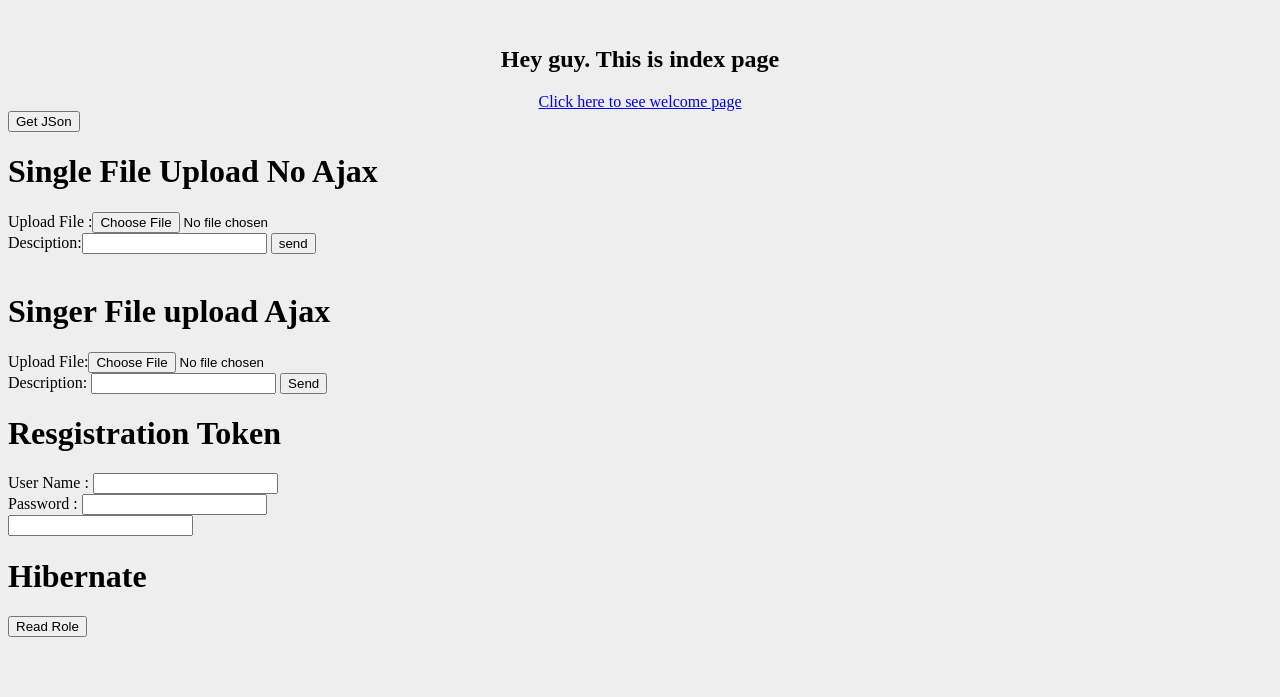
Repository: LeHaTrang1610/Hoc2017
Page: http://localhost/springmvctutorial/
These files come from the project's save history. The page is drawn as it stood at one moment and after the next save; the edit follows.
The browser window is 1280 px wide. The pictures show the whole page.
Some web libraries are served in a nearby version. The page is served by Tomcat 9. Other server files are loaded and not shown.

Above is the page before, as saved 2017-01-02 03:15:10.

### javaWeb/springmvctutorial/WebContent/index.jsp
<%@ page language="java" contentType="text/html; charset=UTF-8"
	pageEncoding="UTF-8"%>
<!DOCTYPE html PUBLIC "-//W3C//DTD HTML 4.01 Transitional//EN" "http://www.w3.org/TR/html4/loose.dtd">
<html>
<head>
<title>Spring MVC Tutorial</title>
<script src="https://code.jquery.com/jquery-1.9.1.min.js"></script>
<style type="text/css">
	body {
		background-color: #EEEEEE;
	}
</style>
<script type="text/javascript">
$(document).ready(function(){


	/* ajax for get json */
	$('#btnGetJson').click(function() {
		$.ajax({
			type : "GET",
			url : "getJson",
			success : function(rs){
				console.log(rs);
			}
		});
	});

	$('#btnRole').click(function() {
		$.ajax({
			type: "GET",
			url : "getjson",
			success :function(rs){
				console.log(rs);
			}
		});
	});

	/* ajax for post json */
	$('btnPostJson').click(function(){
		var json ={
				"name" : 'NhutNguyen',
				"age"  :'27',
				"city" :"HCM"
		};
		$.ajax({
			url:"postjson",
			type: "POST",
			data :JSON.stringify(json),
			beforeSend :function(xhr){
				xhr.setRequestHeader("Accept","application/json");
				xhr.setRequestHeader("Content-Type", "application/json");

			},
			success :function(rs){
				console.log(rs);
			}
		});
	});
	/* ajax for post file with formData */
	var files;
	$("#myFile").on('change',prepareLoad);
	function prepareLoad(event) {
		files=event.target.files;
	}

	$('#subbutton').click(function(){
		processFileUpLoad();
	});

	function processFileUpLoad() {
		var strName = $('#txtFileName').val();
		var myForm = new FormData();
		myForm.append("file",file[0]);
		myForm.append("fileName",strName);
		$.ajax({
			url: "upload-file-with-ajax",
			type: "POST",
			data:myForm,
			enctype: 'multipart/form-data',
			processData:false,
			contentType:false,
			success: function(result){
				console.log(result);
			}

		})
	}

	/* registration return token */
	$('#registration').click(function() {
		var json = {
				"userName " : $ ('#txtUserName').val(),
				"password " : $('#txtPassword').val(),
				"email"     :$('txtEmail').val()
		};
		$.ajax({
			url : "user/registration",
			type :"POST",
			data :JSon.stringify(json),
			beforeSend:function(xhr){
				cosole.log("heheeee");
				xhr.setRequestHeader("Accept","application/json");
				xhr.setRequestHeader("Content-Type","application/json");
			},
			success :function(res){
				if(res.data ==true){
					document.getElementById("alert").innerHTML= "Registration was successfully";
				}else{
					document.getElementById("alert").innerHTML =res.message;

				}
			}
			});

	});
});


</script>
</head>
<body>
	<br>
	<div style="text-align: center">
		<h2>Hey guy. This is index page</h2>
		<a href="Welcome">Click here to see welcome page</a>
	</div>
	<!-- demo forn json -->
	<button id ="btnGetJson">Get JSon</button></br/>
	<!-- Singer file upload no ajax -->
	<h1>Single File Upload No Ajax</h1>
	<form mehtod ="POST" enxtype ="multipart/form-data" action ="upload-file-no-ajax">
	Upload File :<input type ="file" name ="myfile"><br>
	Desciption:<input type="text" name ="myFileName"/>
	<input type ="submit" value ="send"/>


	</form><br/>

	<!-- Singer File Upload with Ajax -->
	<h1>Singer File upload Ajax</h1>
	Upload File:<input type ="file" id "myFile"/><br/>
	Description: <input type="text" ip="txtFileName"/>
	<input type="button" id "subbutton value ="Send"/>

	<!-- Registration  -->
	<h1>Resgistration Token</h1>
	User Name : <input type ="text" id ="txtUserName/><br/>
	Email: <input type ="text" id="txtEmail"/><br/>
	Password : <input type="password" id "txtPassword"/><br/>
	<input id ="alert"></div>

	<h1>Hibernate</h1>
	<button id ="btnRole">Read Role</button>
</body>
</html>

After the next save:
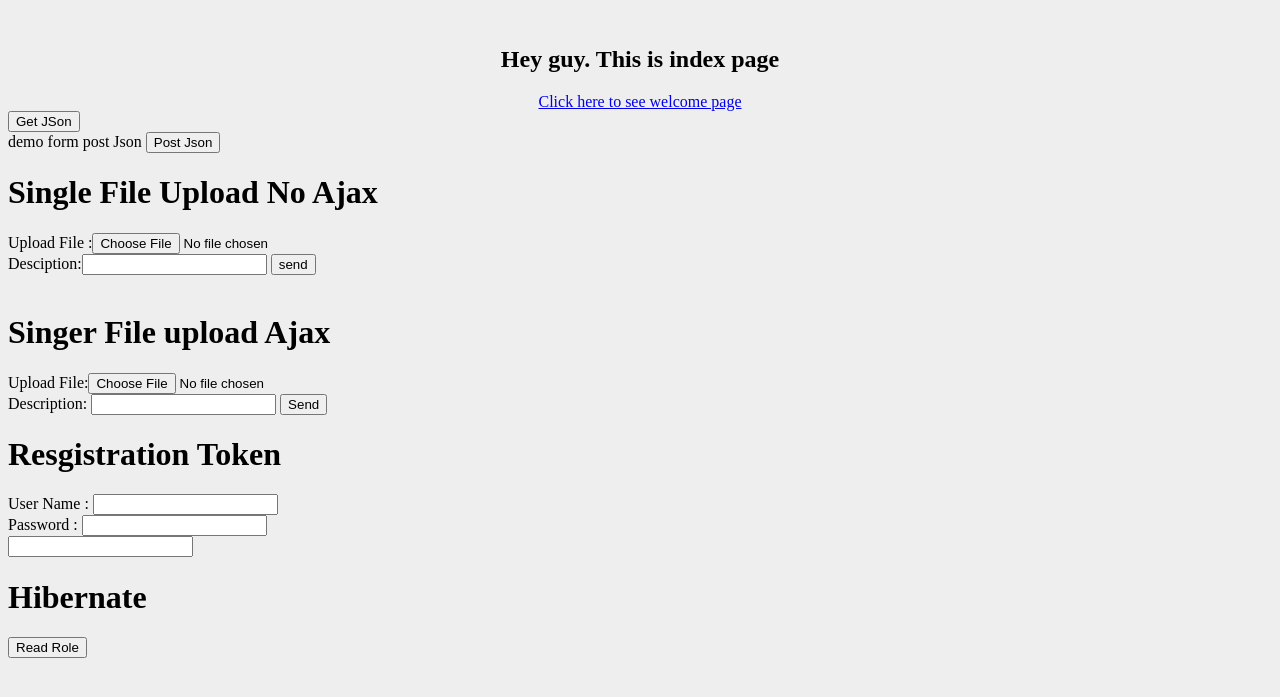
Saved 13 min 4 s later.
--- a/javaWeb/springmvctutorial/WebContent/index.jsp
+++ b/javaWeb/springmvctutorial/WebContent/index.jsp
@@ -124,11 +124,14 @@ $(document).ready(function(){
 		<h2>Hey guy. This is index page</h2>
 		<a href="Welcome">Click here to see welcome page</a>
 	</div>
-	<!-- demo forn json -->
+	<!-- demo form json -->
 	<button id ="btnGetJson">Get JSon</button></br/>
+
+	demo form post Json
+	<button id ="btnPostJson">Post Json</button><br>
 	<!-- Singer file upload no ajax -->
 	<h1>Single File Upload No Ajax</h1>
-	<form mehtod ="POST" enxtype ="multipart/form-data" action ="upload-file-no-ajax">
+	<form method ="POST" enxtype ="multipart/form-data" action ="upload-file-no-ajax">
 	Upload File :<input type ="file" name ="myfile"><br>
 	Desciption:<input type="text" name ="myFileName"/>
 	<input type ="submit" value ="send"/>
